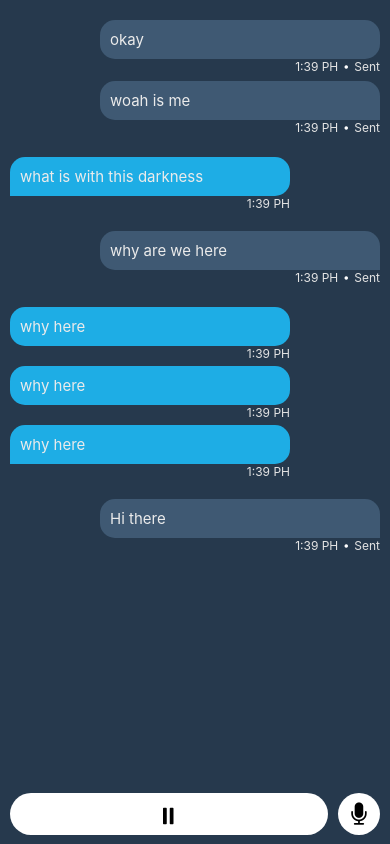
Repository: TemoshoS/chatta
Screen: /ChatRoom
These files come from the project's save history. The screen is drawn as it stood at one moment and after a run of saves; the edit follows.
The page's requests for data from a server got no answer. The app was drawn by React Native's web renderer in a window 390 px wide. The project was rebuilt for these pictures with package versions that can differ from the ones it lists, and the page was loaded fresh each time. Some packages were replaced by stand-ins written for this rebuild. No one was signed in, and anything a server would have sent is missing. Also part of the build but not shown: components/ChatListItem.js, components/HomeSearchComponent.js, components/CameraComponent.js, components/ChatRequest.js, components/FAB.js, pages/HomeScreen.js, pages/RegisterScreen.js, pages/LoginScreen.js.

Above is the screen before, as saved 2023-08-23 14:39:24.

### App.js
import { StatusBar } from 'expo-status-bar';
import { StyleSheet, Text, View } from 'react-native';
import { HomeScreen } from './pages/HomeScreen';
import ProfileScreen from './pages/ProfileScreen';
import RegisterScreen from './pages/RegisterScreen';
import LoginScreen from './pages/LoginScreen';
import { useFonts } from 'expo-font';

import { NavigationContainer } from '@react-navigation/native';
import { createNativeStackNavigator } from '@react-navigation/native-stack';
import { createBottomTabNavigator } from '@react-navigation/bottom-tabs';
import { Ionicons } from '@expo/vector-icons';
import HomeStackNav from './components/HomeStackNav';
import ChatScreen from './pages/ChatScreen';

export default function App() {
  useFonts({
    'BerkshireSwash-Regular': require('./assets/fonts/BerkshireSwash-Regular.ttf')
  })

  const Stack = createNativeStackNavigator()
  const Tab = createBottomTabNavigator()

  return (
    <NavigationContainer>

      <Stack.Navigator
      initialRouteName='HomeStackNav'
      >
        <Stack.Screen
          name='Login' options={{
            headerShown: false
          }}

        >
          {(props)=><LoginScreen {...props}/>}
        </Stack.Screen>

        <Stack.Screen
          name='Register' options={{
            headerShown: false
          }}

        >
          {(props)=><RegisterScreen {...props}/>}
        </Stack.Screen>

        <Stack.Screen
          name='HomeStackNav' options={{
            headerShown: false
          }}

        >
          {(props)=><HomeStackNav {...props}/>}
        </Stack.Screen>

        <Stack.Screen
          name='ChatRoom' options={{
            headerShown: false
          }}

        >
          {(props)=><ChatScreen {...props}/>}
        </Stack.Screen>
        </Stack.Navigator>

    </NavigationContainer>
  );
}

const styles = StyleSheet.create({
  container: {
    flex: 1,
    backgroundColor: '#fff',
    alignItems: 'center',
    justifyContent: 'center',
  },
});

### pages/ProfileScreen.js
import React from 'react'
import { View, StyleSheet, Image, TextInput, TouchableOpacity ,Text} from 'react-native'
import cameraIcon from '../assets/camera-solid.svg'

export default function ProfileScreen() {
    return (
        <View style={styles.container}>
            <View style={styles.topContainer}>

                <View style={styles.imageContainer}>
                    <Image style={styles.image} source={{ uri: 'https://www.tutorialspoint.com/opencv/images/opencv-mini-logo.jpg' }} />
                    <View style={styles.camContainer}>
                        <Image style={styles.camIcon} source={{ uri: cameraIcon }} />

                    </View>
                </View>
            </View>

            <View style={styles.bottomContainer}>
                <View style={styles.innerContainer}>
                    <View style={styles.inputContainer}>
                        <TextInput style={styles.textInput} placeholder='Email'/>
                        <TextInput style={styles.textInput} placeholder='Name'/>
                        <TextInput style={styles.textInput} placeholder='Password'/>
                        <TextInput style={styles.textInput} placeholder='Status'/>
                    </View>
                    <View style={styles.actionContainer}>
                        <TouchableOpacity style={styles.saveOpt}>
                           <Text style={styles.saveText}>Save</Text>
                        </TouchableOpacity>

                    </View>

                </View>


            </View>

        </View>
    )
}

const styles = StyleSheet.create({
    container: {
        flex: 1,
        width: '100%',
        backgroundColor: '#26394D',
        alignItems: 'center'
    },
    topContainer: {
        height: 280,
        width: '100%',

        justifyContent: 'center',
        alignItems: 'center'

    },
    imageContainer: {
        width: 200,
        height: 200

    },
    image: {
        width: 200,
        height: 200,
        borderRadius: 100


    },
    camContainer: {
        height: 42,
        width: 42,
        backgroundColor: '#1EA0E5',
        borderRadius: 21,
        position: 'absolute',
        top: 146,
        left: 146,
        justifyContent: 'center',
        alignItems: 'center'
    },
    camIcon: {
        width: 24,
        height: 20
    },
    bottomContainer: {

        width: '100%',

        flex: 1,
        alignItems: 'center'
    },
    innerContainer:{
            height: 380,
            backgroundColor:'#FFF',
            borderRadius: 25,
            padding:20,
            width: 320

    },
    textInput:{
        borderRadius:15,
        borderColor: '#1EA0E5',
        borderWidth: 1,
        padding: 10,
        height: 46,
        marginVertical: 10

    },
    actionContainer:{
        height: 60,
        marginTop: 10,
        justifyContent: 'center'
    },
    saveOpt:{
       backgroundColor:'#1EA0E5' ,
       borderRadius: 15,
       justifyContent: 'center',
       alignItems: 'center',
       height: 46,
       width: 280
    },
    saveText:{
        color: '#FFF',
        fontSize: 17,
        fontWeight: 'bold'
    }
})

### components/HomeStackNav.js
import { View, Text } from 'react-native'
import React from 'react'
import ProfileScreen from '../pages/ProfileScreen';
import { HomeScreen } from '../pages/HomeScreen';

import { createBottomTabNavigator } from '@react-navigation/bottom-tabs';
import { Ionicons } from '@expo/vector-icons';

const HomeStackNav = () => {
    const Tab = createBottomTabNavigator()
  return (
    <Tab.Navigator
      screenOptions={{
        tabBarActiveTintColor: '#FFF',
        tabBarStyle:{
          backgroundColor:'#26394D',
          borderTopColor: '#BABABA'
        }
      }}
      tabBarOptions={{
        showLabel: false
      }}
      >

        <Tab.Screen
        name='Profile'
        component={(props)=><ProfileScreen {...props}/>}
        options={{
          tabBarIcon: ({color})=>(
            <Ionicons name='person' size={24} color={color}/>
          )
        }}
        />
        <Tab.Screen
        name='Home'
        component={(props)=><HomeScreen {...props}/>}
        options={{
          tabBarIcon: ({color})=>(
            <Ionicons name='chatbox' size={24} color={color}/>
          )
        }}

        />
        <Tab.Screen
        name='Favorites'
        component={(props)=><HomeScreen {...props}/>}
        options={{
          tabBarIcon: ({color})=>(
            <Ionicons name='heart' size={24} color={color}/>
          )
        }}
        />
      </Tab.Navigator>

  )
}

export default HomeStackNav

### pages/ChatScreen.js
import { View, Text, StyleSheet, Dimensions ,TouchableOpacity} from 'react-native'
import React, { useEffect, useState } from 'react'
import ChatComponent from '../components/ChatComponent'
import ChatInputComponent from '../components/ChatInputComponent'
import KeyboardComponent from '../components/KeyboardComponent'
import { FontAwesome, MaterialIcons } from '@expo/vector-icons'
import MediaPicker from '../components/MediaPicker'

const ChatScreen = () => {
  const [showEmoGifBoard, setshowEmoGifBoard] = useState(false)
  const [msg, setMsg] = useState('')
  const [recording, setRecording] = useState(false)
  const [showMediaPicker, setShowMediaPicker] = useState(false)
  const handleEmoji =(emo)=>{
    console.log(emo.emoji);
    setMsg(msg =>{
      return msg += emo.emoji
    })

  }
  const sendMessage=()=>{

  }
  const recordAudio=()=>{
    setRecording(true)

  }
  useEffect(()=>{
    console.log(msg)
  },[msg])
  const handleGif =(url)=>{
    console.log(url);

  }
  return (
    <View style={styles.container}>
      <View style={styles.content}>
      <ChatComponent/>

      <MediaPicker isVisible={showMediaPicker}/>

      <View style={styles.inputs}>
        <ChatInputComponent
        message={msg}
        setMessage={(text)=>setMsg(text)}
        showEmoGifBoard={(bln)=>setshowEmoGifBoard(bln)}
        isBoardVisible={showEmoGifBoard}
        sendMessage={()=>sendMessage()}
        recordAudio={()=>recordAudio()}
        showMediaPicker={()=>setShowMediaPicker(!showMediaPicker)}
        recording={recording}
        />
      </View>
      </View>

      <KeyboardComponent
       isBoardVisible={showEmoGifBoard}
       handleEmoji={(emo)=>handleEmoji(emo)}
       handleGif={(url)=>handleGif(url)}
       />

    </View>
  )
}
const styles = StyleSheet.create({
  container:{
    backgroundColor: '#26394D',
    flex: 1,
    overflow: 'hidden',


  },
  content:{
    flex: 1,
    paddingBottom: 60

  },
  inputs: {
    position: 'absolute',
    bottom : 0,
    width: '100%',
    alignItems: 'center',
    justifyContent: 'center',
    height: 60,

  }
})

export default ChatScreen

### components/ChatInputComponent.js
import { StyleSheet, Text, TextInput, TouchableOpacity, View, Keyboard, Modal } from 'react-native'
import React,{useRef, useState} from 'react'
import {MaterialIcons,EvilIcons, FontAwesome, Ionicons} from '@expo/vector-icons'
import { Camera } from 'expo-camera';
import CameraComponent from './CameraComponent';

export default function ChatInputComponent({
    showEmoGifBoard, isBoardVisible, message, setMessage, sendMessage, recordAudio, showMediaPicker, recording}) {
    const inputRef = useRef();
    const [isCamVisible, setIsCamVisible] = useState(false);

    const [hours, setHours] = useState();
    const [minutes, setMinutes] = useState(0);
    const [seconds, setSeconds] = useState(5);
    //const [isPaused, setIsPaused] = useState(false)

    const checkCameraPermissions = async()=>{
        try {
            let status
            status = (await Camera.getCameraPermissionsAsync()).status
            if(status !== 'granted') status = (await Camera.requestCameraPermissionsAsync()).status
            if(status === 'granted') setIsCamVisible(true)

        } catch (error) {

        }
    }
  return (
    <View style={styles.container}>
        <Modal
        animationType='slide'
        visible={isCamVisible}
        >
            <CameraComponent closeCam={()=> setIsCamVisible(false)}/>

        </Modal>
      <View style={styles.leftView}>
       {
        recording ? (
            <>
               {
            isBoardVisible ? (
                      <TouchableOpacity onPress={() => {showEmoGifBoard(false); inputRef.current.focus()}}>
                          <MaterialIcons name='keyboard' size={24} style={styles.emoji} />
                      </TouchableOpacity>

            ) : (
                          <TouchableOpacity onPress={() => {showEmoGifBoard(true); Keyboard.dismiss()}}>
                              <MaterialIcons name='emoji-emotions' size={24} style={styles.emoji} />
                          </TouchableOpacity>
            )
        }


              <TextInput
                  ref={inputRef}
                  placeholder={'Type a message'}
                  style={styles.textInput}
                  onChangeText={(text)=>setMessage(text)}
                  value={message}
              />
        <TouchableOpacity onPress={()=>checkCameraPermissions()}>
            <MaterialIcons name='camera-alt' size={24} style={styles.camera}/>
        </TouchableOpacity>

        <TouchableOpacity onPress={()=> showMediaPicker()}>
        <EvilIcons name='paperclip' size={24} style={styles.clip}/>
        </TouchableOpacity>
        </>
        ) : (
            <>
            <TouchableOpacity>
                <Ionicons name='pause' size={24} color='black'/>
            </TouchableOpacity>
            </>
        )
       }
      </View>
      <View style={styles.micContainer}>
        {
           recording || message ? (
                <TouchableOpacity onPress={()=>sendMessage()}>
                    <MaterialIcons name='send' size={24} style={styles.mic}/>
                </TouchableOpacity>

            ) : (
                <TouchableOpacity onPress={()=>recordAudio}>
                    <FontAwesome name='microphone' size={24} style={styles.mic}/>
                </TouchableOpacity>

            )
        }



        </View>
    </View>
  )
}

const styles = StyleSheet.create({
    container:{
        padding: 10,
        justifyContent: 'center',
        flexDirection: 'row',
        width: '100%'
    },
    leftView:{
        height: 42,
        flex: 1,
        borderRadius:21,
        backgroundColor: '#FFF',
        flexDirection: 'row',
        padding: 10,
        justifyContent: 'center'

    },
    emoji:{
        //height: 21,
        width: 21,
        color: '#272727',
        marginRight: 10

    },
    textInput:{
        fonrSize: 15,
        color: '#4F4F4F',
        flex: 1

    },
    camera:{
        height: 21,
        width:21,
        marginLeft: 10,
        marginRight: 20

    },
    clip:{
        height: 21,
        width:21,


    },
    micContainer:{
        height: 42,
        width: 42,
        borderRadius: 21,
        backgroundColor: '#FFF',
        marginLeft: 10,
        justifyContent: 'center',
        alignItems:'center'


    },
    mic:{
        justifyContent:'center',
        alignItems:'center'


    }
})

### components/ChatComponent.js
import { FlatList, StyleSheet, Text, View } from 'react-native'
import React from 'react'
import { Entypo } from '@expo/vector-icons'

export default function ChatComponent() {
    const userID = 'test1'
    const texts = [
        {
            text: 'Hi there', userID: userID
        },
        {
            text: 'why here', userID: '123456'
        },
        {
            text: 'why here', userID: '123456'
        },
        {
            text: 'why here', userID: '123456'
        },
        {
            text: 'why are we here', userID: userID
        },
        {
            text: 'what is with this darkness', userID: '123456'
        },
        {
            text: 'woah is me', userID: userID
        },
        {
            text: 'okay', userID: userID
        }
    ]
    const renderItem = ({item, index}) => {
        return(
            <View >
                <View style={[
                    styles.contentHolder,
                    item.userID === userID ? styles.rightContent : styles.leftContent,
                    texts[index-1]?.userID === item.userID ? {marginBottom: -5} : null
                    ]}>


                <View style={[
                    styles.textBox,
                    item.userID === userID ? styles.rightText : styles.leftText,
                    texts[index-1]?.userID === item.userID ? {borderRadius: 15} : null

                    ]}>
                    <Text style={styles.text}>{item.text}</Text>
                 </View>
                 <View style={styles.timeSent}>
                        <Text style={styles.whiteText}>1:39 PH</Text>
                        {

                            item.userID === userID && (<>
                                <Entypo name='dot-single' color='#FFF' size={16} />
                                <Text style={styles.whiteText}>Sent</Text>
                            </>)
                        }



                 </View>
                </View>
            </View>
        )

    }
    return (
        <View style={styles.container}>
            <FlatList
                data={texts}
                renderItem = {renderItem}
                contentContainerStyle={{flexDirection: 'column-reverse'}}
            />
        </View>
    )
}

const styles = StyleSheet.create({
    container:{
        flex: 1,
        padding: 10,
        overflow: 'hidden'


    },
    contentHolder:{
        width: 280,
        marginVertical: 10


    },
    textBox:{
        padding: 10,
        width: 280,
        //margin: 10
    },
    rightContent:{
        alignSelf: 'flex-end'


    },
    leftContent:{

    },
    text:{
        color: '#EBEBEB',
        fontSize: 15

    },
    rightText:{
        borderRadius: 15,
        borderBottomRightRadius: 0,
        backgroundColor: '#3F5973',

    },
    leftText:{
        borderRadius: 15,
        borderBottomLeftRadius: 0,
        backgroundColor: '#1EADE5'
    },
    timeSent:{
        flexDirection: 'row',
        alignSelf:'flex-end'

    },
    whiteText:{
        color: '#E4E4E4',
        fontSize: 12
    }
})

### components/KeyboardComponent.js
import { Dimensions, FlatList, Image, StyleSheet, Text, TextInput, TouchableOpacity, View } from 'react-native'
import React,{useState, useEffect} from 'react'
import {EmojiKeyboard} from 'rn-emoji-keyboard'
import { EvilIcons, Ionicons } from '@expo/vector-icons'
import { MaterialIcons } from '@expo/vector-icons';

const KeyboardComponent = ({isBoardVisible,handleGif, handleEmoji}) => {
    const [emoji, setEmoji] = useState('')
    const [showEmoBoard, setShowEmoBoard] = useState(false)
    const [gifs, setGifs] = useState([])
    const [showGifBoard, setShowGifBoard] = useState(true)
    const [showSearchInput, setShowSearchInput] = useState(false)
    //const [selectedGif, setSelectedGif] = useState('')
    const [query, setQuery] = useState('')

    const captureEmoji =(ev)=>{
        console.log(ev);
        setEmoji(ev.emoji);
    }

    //console.log(selectedGif);

    useEffect(()=>{
      fetch('https://api.giphy.com/v1/gifs/trending?api_key=6TWpiJzILZuqxHc5aPa7JWZ11YTGdNqx')
      .then(res => res.json())
      .then(res =>{
        console.log(res);
        setGifs(res.data)
      })

    },[])

    useEffect(()=>{
      fetch('https://api.giphy.com/v1/gifs/search?api_key=6TWpiJzILZuqxHc5aPa7JWZ11YTGdNqx&q=' +query )
      .then(res => res.json())
      .then(res =>{
        setGifs(res.data)
      })
    },[query])

  return (
    <>
    {
       isBoardVisible && (
        <View style={styles.container}>
      {
        showEmoBoard &&
        (<EmojiKeyboard
          onEmojiSelected={handleEmoji}
          enableSearchBar
          styles={{
            container: {
              borderRadius: 0
            }
          }}
        />)}
      {
        showGifBoard && (
          <FlatList
            data={gifs}
            numColumns={3}
            renderItem={(item) => (
              <View style={styles.gifContainer}>
                <TouchableOpacity onPress={() => handleGif(item.item.images.original.url)}>
                  <Image source={{ uri: item.item.images.original.url }} style={styles.gif} />
                </TouchableOpacity>

              </View>
            )}

          />
        )}

        {
          !showSearchInput ? (
          <View style={styles.keyboardToggle}>
            <View style={styles.searchIcon}>
              <TouchableOpacity onPress={() => setShowSearchInput(true)}>
                <MaterialIcons name='search' size={24} color={'white'} style={[styles.icon]} />
              </TouchableOpacity>
            </View>

            <TouchableOpacity onPress={() => { setShowEmoBoard(true), setShowGifBoard(false) }}>
              <MaterialIcons name="emoji-emotions" size={24} color="white" style={styles.icon} />
            </TouchableOpacity>

            <TouchableOpacity onPress={() => { setShowEmoBoard(false), setShowGifBoard(true) }}>
              <MaterialIcons name='gif' size={24} color='white' style={styles.icon} />
            </TouchableOpacity>




          </View>

          ) : (
            <View style={styles.keyboardToggle}>
              <TextInput placeholder='Search' style={styles.input} onChangeText={(text)=>setQuery(text)}/>
              <View style={styles.closeIcon}>
                <TouchableOpacity onPress={() => setShowSearchInput(false)}>
                  <EvilIcons name='close' size={24} color='rgb(230, 230, 230)' />
                </TouchableOpacity>

              </View>
            </View>
          )
        }

    </View>
       )
    }

    </>

  )
}

export default KeyboardComponent

const styles = StyleSheet.create({
    container:{
        flex: 1,
        maxHeight: '40%'
    },
    keyboardToggle:{
        height: 50,
        flexDirection: 'row',
        width: '100%',
        justifyContent: 'center',
        alignItems: 'center'
    },
    searchIcon:{
      position: 'absolute',
      left: 5
    },
    icon:{
      margin: 10
    },
    gifContainer:{
      height: 110,
      padding:  5,
      width: '33%',

    },
    gif:{
      height: 100,
      width: (Dimensions.get('window').width -30)/3,
    },
    input:{
      height: 46,
      backgroundColor: 'rgb(50, 50, 50, 0.1)',
      width: '100%',
      padding: 10,
      color: 'rgb(230,230,230)'
    },
    closeIcon: {
      position: 'absolute',
      right: 10,
      top: 10
    }
})

### components/MediaPicker.js
import { StyleSheet, Text, View,TouchableOpacity,Dimensions } from 'react-native'
import React, { useState } from 'react'
import { FontAwesome, MaterialIcons } from '@expo/vector-icons'
import * as ImagePicker from 'expo-image-picker'
import * as DocumentPicker from 'expo-document-picker'

const MediaPicker = ({isVisible}) => {
    const openImagePicker = async()=>{
        const options ={
            quality: 1,
            aspect: [4,3],
            allowsEditing: true,
            mediaTypes: ImagePicker.MediaTypeOptions.All
        }
        const result = await ImagePicker.launchCameraAsync(options)
    }

    const openAudioPicker = async()=>{
        const options = {
            type: 'audio/*'
        }
        try {
            const result = await DocumentPicker.getDocumentAsync(options);
            console.log(result);
        } catch (error) {
            console.log(error);

        }
    }

  return (
    <>
    {
        isVisible &&       <View style={styles.mediaPickerContainer}>
        <View style={styles.mediaPicker}>
            <View style={styles.iconContainer}>
                <TouchableOpacity onPress={()=>openImagePicker()}>
                    <MaterialIcons name='camera' size={30} color='#FFF' style={styles.icons} />
                </TouchableOpacity>
            </View>

            <View style={styles.iconContainer}>
                <TouchableOpacity onPress={()=>openAudioPicker()}>
                    <FontAwesome name='microphone' size={30} color='#FFF' style={styles.icons} />
                </TouchableOpacity>
            </View>

        </View>
    </View>

    }
    </>

  )
}

export default MediaPicker

const styles = StyleSheet.create({
  mediaPickerContainer:{
    height: 120,
    width: '100%',
    padding: 10,
    position: 'absolute',
    bottom: 60,

  },
  mediaPicker:{
    height: 100,
    width: Dimensions.get('window').width - 20,
    backgroundColor: '#FFF',
    borderRadius: 25,
    flexDirection: 'row',
    alignItems: 'center'

  },
  iconContainer:{
    backgroundColor: '#1EA0E5',
    borderRadius: 24,
    height: 48,
    width: 48,
    justifyContent: 'center',
    alignItems: 'center',
    marginLeft: 20

  },
  icons:{

  }
})

After the next 5 saves:
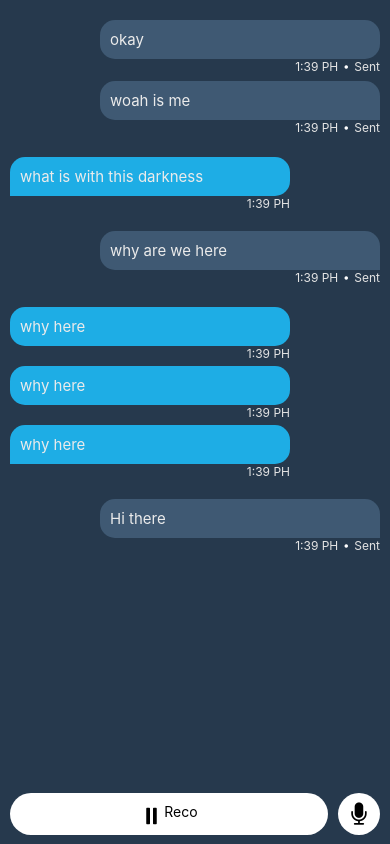
The 5 saves are shown as one change because 1 did not build or start and some came seconds apart.
The last was saved 42 s later.
--- a/components/ChatInputComponent.js
+++ b/components/ChatInputComponent.js
@@ -72,6 +72,7 @@ export default function ChatInputComponent({
             <TouchableOpacity>
                 <Ionicons name='pause' size={24} color='black'/>
             </TouchableOpacity>
+            <Text>Reco</Text>
             </>
         )
        }
